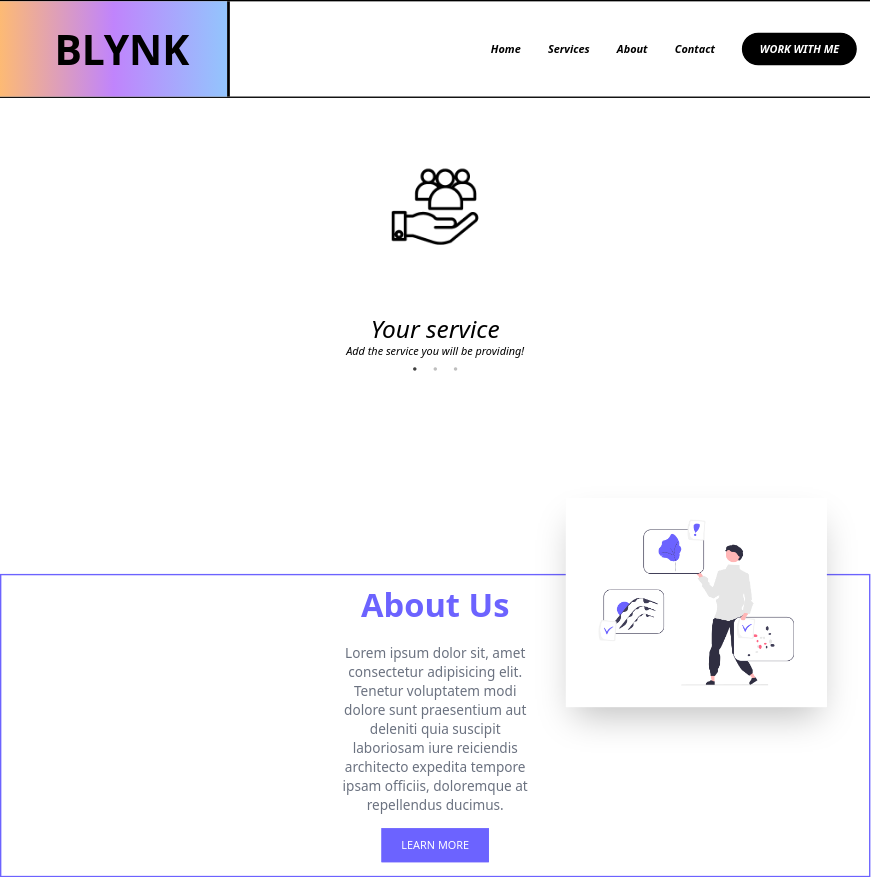
Repository: Al123Kudayyd/eportfolio
Page: /
An editor plug-in stored every save of this project. The page is shown before and after a run of saves, followed by the edit.
The browser window is 1280 px wide. The page is 1305 px wide, so the pictures cover 1305 px, including what lies to the right of the window. The pictures show the whole page, at 68% of full size.
The project was rebuilt for these pictures with package versions that can differ from the ones it lists, and the page was loaded fresh each time.

Above is the page before, as saved 2024-02-26 23:39:09.

### src/App.js
import logo from './logo.svg';
import './App.css';
import Nav from './components/Nav';
import Services from './components/Services';
import About from './components/About';

function App() {
  return (
    <div className="App">
      <Nav />
      <Services />
      <About />
    </div>
  );
}

export default App;

### src/components/Nav.jsx
import React from 'react'

function Nav() {
  return (
    <div className=' border-y-2 border-black sticky top-0 z-10'>
        <div className='flex justify-between'>
            <h1 className='font-bold py-10 pl-20 lg:text-6xl text-4xl border-r-4 pr-14 border-black bg-gradient-to-r from-orange-300 via-purple-400 to-blue-300'>BLYNK</h1>
            <ul className='italic hidden lg:flex justify-center items-center space-x-10 cursor-pointer mx-5 text-md font-semibold transp'>
                <li className='hover:text-gray-500 transition-all duration-300 '>Home</li>
                <li className='hover:text-gray-500 transition-all duration-300'>Services</li>
                <li className='hover:text-gray-500 transition-all duration-300'>About</li>
                <li className='hover:text-gray-500 transition-all duration-300'>Contact</li>
                <li className='bg-black text-white px-6 py-[10px] border-2 border-black hover:bg-white rounded-3xl
                hover:text-black transition-all duration-300'>
                    WORK WITH ME
                </li>
            </ul>
        </div>
    </div>
  )
}

export default Nav

### src/components/Services.jsx
import React from 'react'
import "slick-carousel/slick/slick.css";
import "slick-carousel/slick/slick-theme.css";
import Slider from "react-slick";
import service from '../assests/service.png'
import service1 from '../assests/service1.png'
import service2 from '../assests/service2.png'

function Services() {
  var settings = {
    dots: true,
    infinite: true,
    speed: 500,
    slidesToShow: 1,
    slidesToScroll: 1,
  };

  return (
    <div className=''>
        <div className='min-h-[400px] lg:min-h-[700px] text-center '>
        <Slider className='text-black  italic' {...settings}>
      <div className='relative'>
        <img src={service} className='w-1/4 translate-x-[150%]' alt="" />
        <h1 className='text-4xl'>Your service</h1>
        <p className='text-md'>Add the service you will be providing!</p>
      </div>
      <div>
        <img src={service1} className='w-1/4 translate-x-[150%]' alt="" />
        <h3 className='text-4xl'>Your Serivce</h3>
        <p className='text-md'>Add the service you will be providing!</p>
      </div>
      <div>
        <img src={service2} className='w-1/4 translate-x-[150%]' alt="" />
        <h3 className='text-4xl'>Your Serivce</h3>
        <p className='text-md'>Add the service you will be providing!</p>
      </div>
      </Slider>
        </div>
    </div>
  )
}

export default Services

### src/components/About.jsx
import React from 'react'
import about from '../assests/about.png'

function About() {
  return (
    <div className='relative '>
      <div>
        <div className='relative border-2 border-[#6C63FF] m-1/2 flex flex-col items-center '>
            <h1 className='text-center absolute  text-[#6C63FF] pt-5 text-5xl font-bold '>
                About Us
            </h1>
            <p className='md:w-1/2 lg:w-1/4 mt-20 text-xl text-gray-500 p-5'>Lorem ipsum dolor sit, amet consectetur adipisicing elit. Tenetur voluptatem modi dolore sunt praesentium aut deleniti quia suscipit laboriosam iure reiciendis architecto expedita tempore ipsam officiis, doloremque at repellendus ducimus.</p>
            <button className='bg-[#6C63FF] text-white border border-[#6C63FF] px-7 py-3 mb-5 hover:bg-white
            hover:text-[#6C63FF] transitio duration-300'>
              LEARN MORE
            </button>
        </div>
        </div>
        <img src={about} className='absolute -top-28 w-[45%] lg:w-[30%] shadow-2xl right-4 lg:right-16' />
    </div>
  )
}

export default About

### tailwind.config.js
/** @type {import('tailwindcss').Config} */
module.exports = {
  content: [
    "./src/App.js.{js,jsx,ts,tsx}",
    "./src/components/Nav.{js,jsx,ts,tsx}",
    "./src/components/Services.{js,jsx,ts,tsx}",
    "./src/components/About.{js,jsx,ts,tsx}"
],
  theme: {
    extend: {},
  },
  plugins: [],
}

Loaded but not shown: public/index.html (common file); src/index.js (common file); src/index.css (common file); src/reportWebVitals.js (common file); src/App.css (common file)

After the next 3 saves:
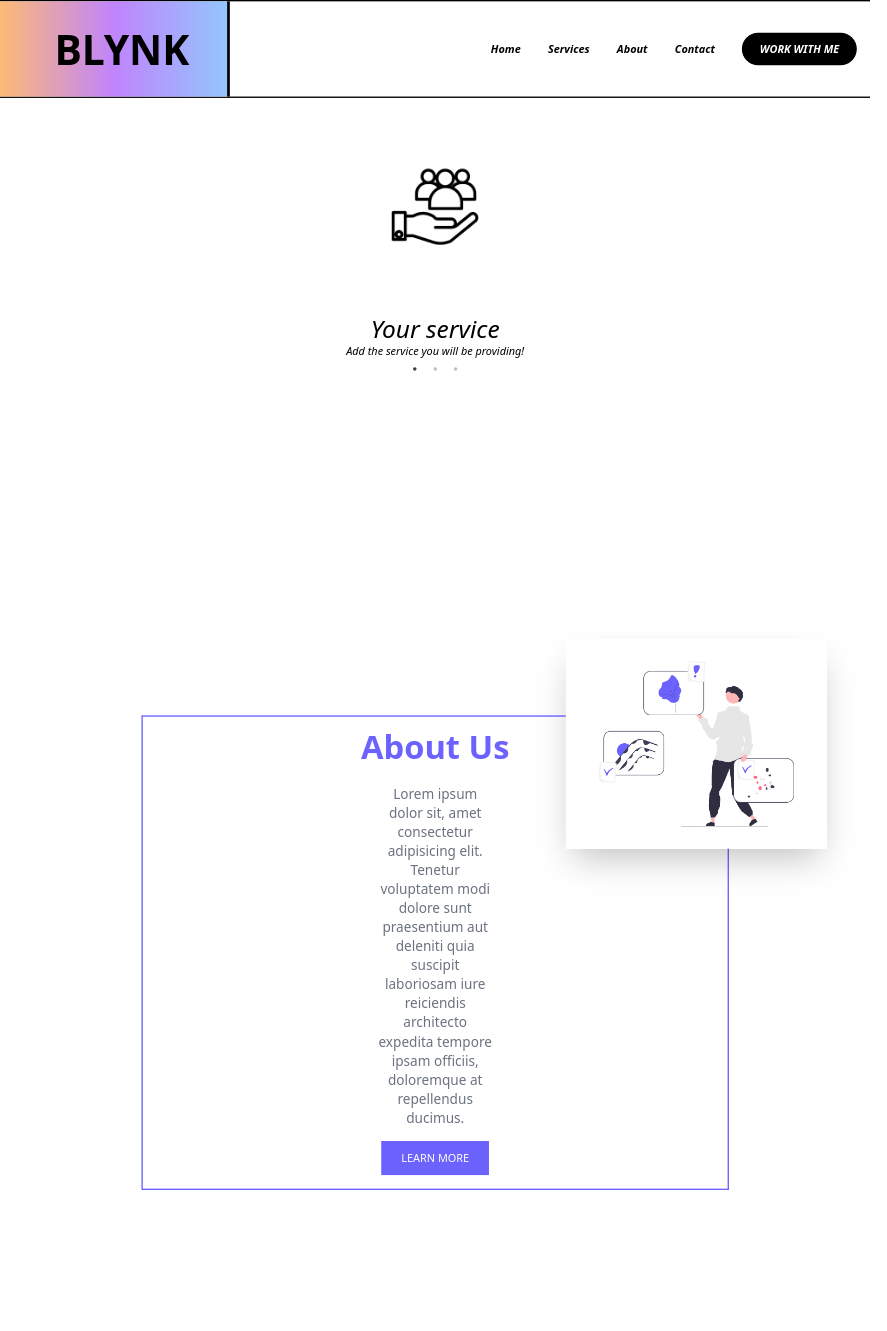
The 3 saves are shown as one change because they came seconds apart.
The last was saved 10 s later.
--- a/src/components/About.jsx
+++ b/src/components/About.jsx
@@ -5,7 +5,7 @@
   return (
     <div className='relative '>
       <div>
-        <div className='relative border-2 border-[#6C63FF] m-1/2 flex flex-col items-center '>
+        <div className='relative border-2 border-[#6C63FF] m-52 flex flex-col items-center '>
             <h1 className='text-center absolute  text-[#6C63FF] pt-5 text-5xl font-bold '>
                 About Us
             </h1>

After the save that followed:
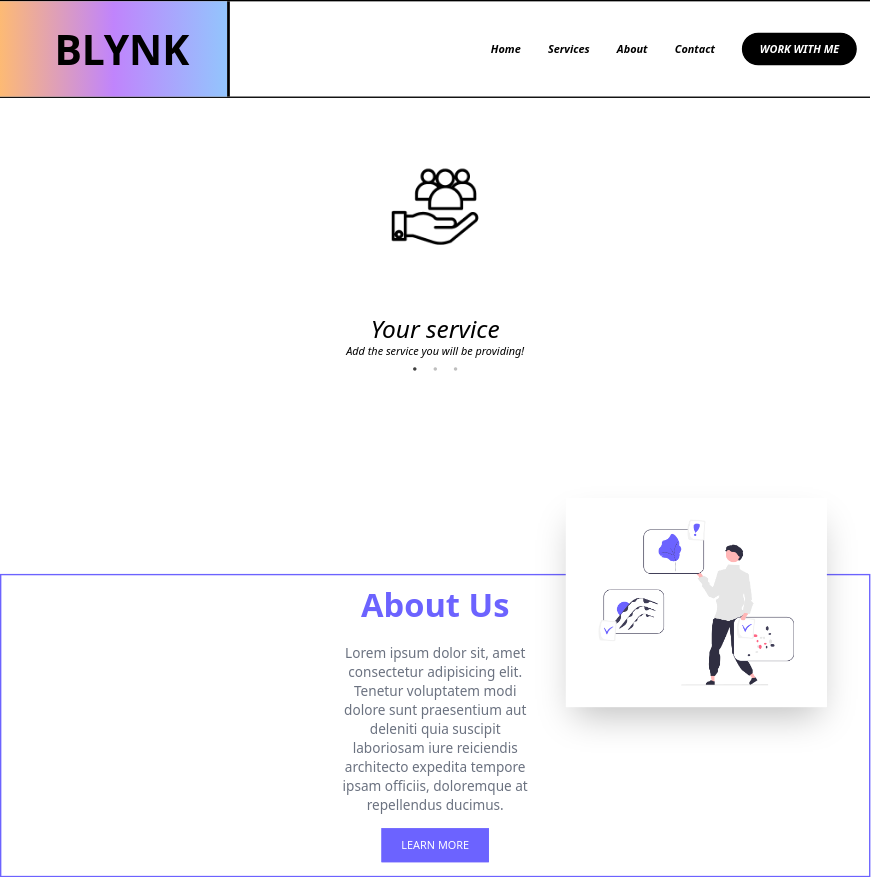
Saved 10 s later.
--- a/src/components/About.jsx
+++ b/src/components/About.jsx
@@ -5,7 +5,7 @@
   return (
     <div className='relative '>
       <div>
-        <div className='relative border-2 border-[#6C63FF] m-52 flex flex-col items-center '>
+        <div className='relative border-2 border-[#6C63FF] flex flex-col items-center '>
             <h1 className='text-center absolute  text-[#6C63FF] pt-5 text-5xl font-bold '>
                 About Us
             </h1>
